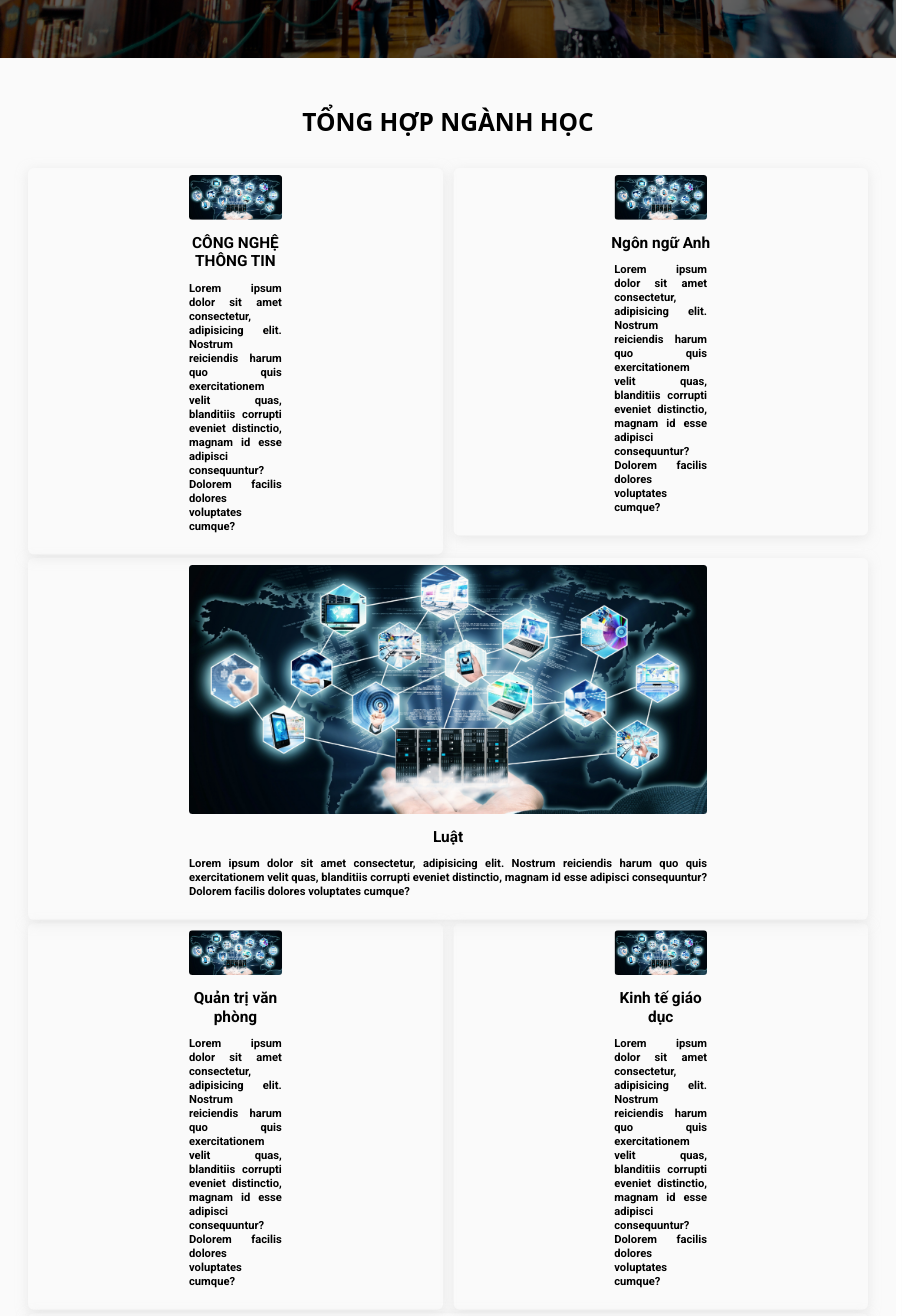
Repository: hongphuck1/trangweb1
Page: index.html
The author's editor kept a copy of each file at every save. The page is drawn from the files as they stood at one save, then again after the next save.
The browser window is 1280 px wide. The page is 1288 px wide, so the pictures cover 1288 px, including what lies to the right of the window. The pictures show the part of the page from y = 1840 to 3720 px (the page is 5388 px tall before and 4941 px after), at 70% of full size.

Above is the page before, as saved 2021-09-07 02:18:08.

After the next save:
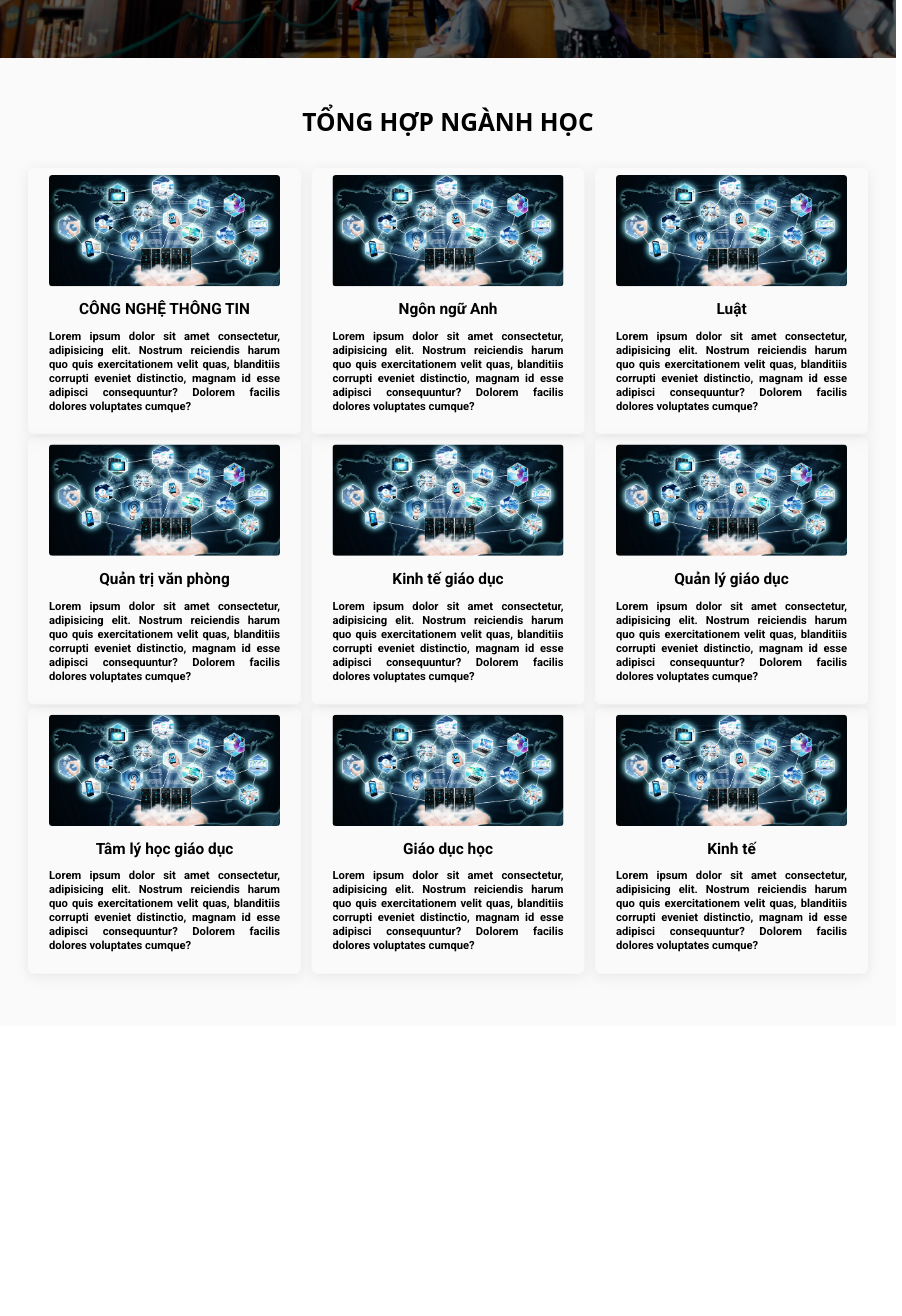
Saved 4 s later.
--- a/css/style.css
+++ b/css/style.css
@@ -289,7 +289,7 @@
   /* background-color: #c2c9dd; */
   text-align: center;
   color: #000000;
-  padding: 0 220px;
+  padding: 0 20px;
   box-shadow: rgb(215 215 215 / 50%) 0px 4px 16px;
   border-radius: 8px;
 }
